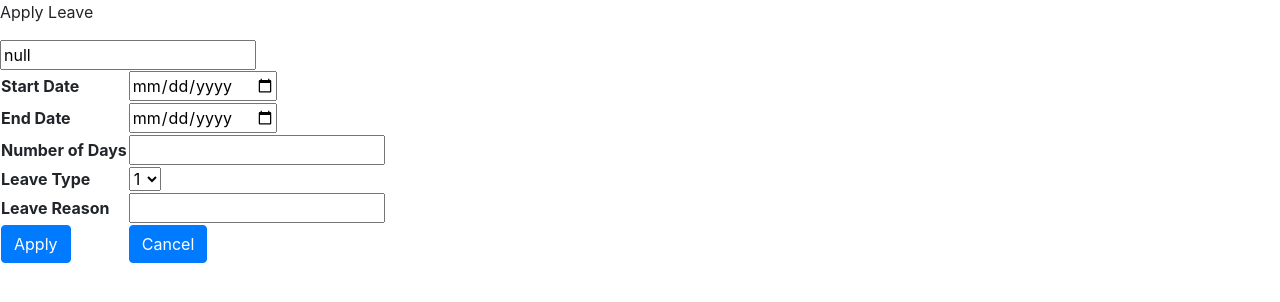
Repository: rkmr039/EMS_PROJECT
Page: http://localhost/EMS/ApplyLeaves.jsp
An editor plug-in stored every save of this project. The page is shown before and after the next save, followed by the edit.
The browser window is 1280 px wide. The pictures show the whole page.
The page is served by Tomcat 9. Other server files are loaded and not shown.

Above is the page before, as saved 2019-08-27 09:24:16.
Console error: TypeError: Cannot read properties of undefined (reading 'fn')

### EMS/WebContent/ApplyLeaves.jsp
<%@ page language="java" contentType="text/html; charset=ISO-8859-1"
    pageEncoding="ISO-8859-1"%>
<!DOCTYPE html PUBLIC "-//W3C//DTD HTML 4.01 Transitional//EN" "http://www.w3.org/TR/html4/loose.dtd">
<html>
<head>
<link rel="stylesheet" href="https://stackpath.bootstrapcdn.com/bootstrap/4.3.1/css/bootstrap.min.css" integrity="sha384-ggOyR0iXCbMQv3Xipma34MD+dH/1fQ784/j6cY/iJTQUOhcWr7x9JvoRxT2MZw1T" crossorigin="anonymous">
<script src="https://stackpath.bootstrapcdn.com/bootstrap/4.3.1/js/bootstrap.min.js" integrity="sha384-JjSmVgyd0p3pXB1rRibZUAYoIIy6OrQ6VrjIEaFf/nJGzIxFDsf4x0xIM+B07jRM" crossorigin="anonymous"></script>

<meta http-equiv="Content-Type" content="text/html; charset=ISO-8859-1">
<title>Apply leave | EMS</title>
</head>
<body>
	<p id="page">Apply Leave</p>
	<form method="get" action="Apply.jsp">
	<input type="text" value=<%=session.getAttribute("EMP_ID") %> name="empId"/>
	<table>
		<tr>
			<th >Start Date</th>
			<td>
				<input data-format="yyyy/MM/dd" type='date' name="startDate"  />
            </td>

		</tr>
		<tr>
			<th>End Date</th>
			<td>
				<input data-format="yyyy/MM/dd" type='date' name="endDate"  />
            </td>
		</tr>
		<tr>
			<th>Number of Days</th>
			<td>
				<input type="text" name="noDays"/>
			</td>
		</tr>
		<tr>
			<th>Leave Type</th>
			<td>
				<select name="type">
					<option>1</option>
					<option>2</option>
				</select>
			</td>
		</tr>
		<tr>
			<th>Leave Reason</th>
			<td>
				<input type="text" name="reason"/>
			</td>
		</tr>
		<tr>
			<td><input class="btn btn-primary" type="submit" value="Apply" name="apply"/></td>
			<td><input class="btn btn-primary" type="reset" onClick="javascript:window.location.href='dashboard.jsp'" value="Cancel" name="cancel"/></td>
		</tr>
	</table>
	</form>

<script src="https://code.jquery.com/jquery-3.3.1.slim.min.js" integrity="sha384-q8i/X+965DzO0rT7abK41JStQIAqVgRVzpbzo5smXKp4YfRvH+8abtTE1Pi6jizo" crossorigin="anonymous"></script>
<script src="https://cdnjs.cloudflare.com/ajax/libs/popper.js/1.14.7/umd/popper.min.js" integrity="sha384-UO2eT0CpHqdSJQ6hJty5KVphtPhzWj9WO1clHTMGa3JDZwrnQq4sF86dIHNDz0W1" crossorigin="anonymous"></script>

</body>
</html>

After the next save:
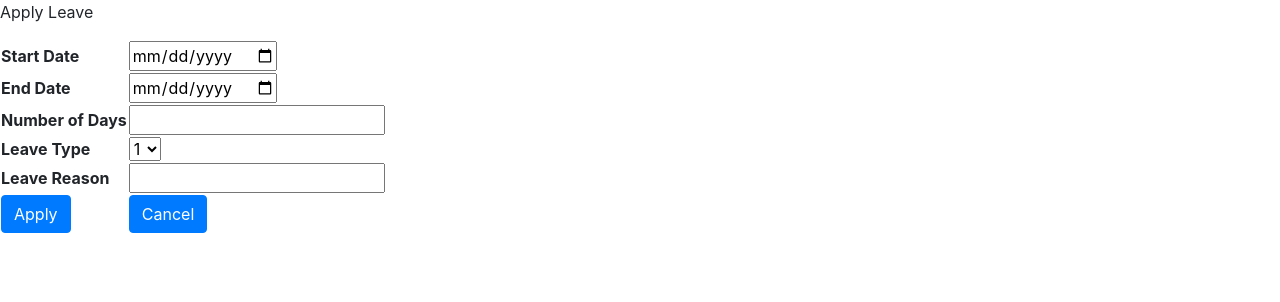
Saved 8 min 40 s later.
--- a/EMS/WebContent/ApplyLeaves.jsp
+++ b/EMS/WebContent/ApplyLeaves.jsp
@@ -12,7 +12,7 @@
 <body>
 	<p id="page">Apply Leave</p>
 	<form method="get" action="Apply.jsp">
-	<input type="text" value=<%=session.getAttribute("EMP_ID") %> name="empId"/>
+	<input type="text" style="display:none" value=<%=session.getAttribute("EMP_ID") %> name="empId"/>
 	<table>
 		<tr>
 			<th >Start Date</th>
